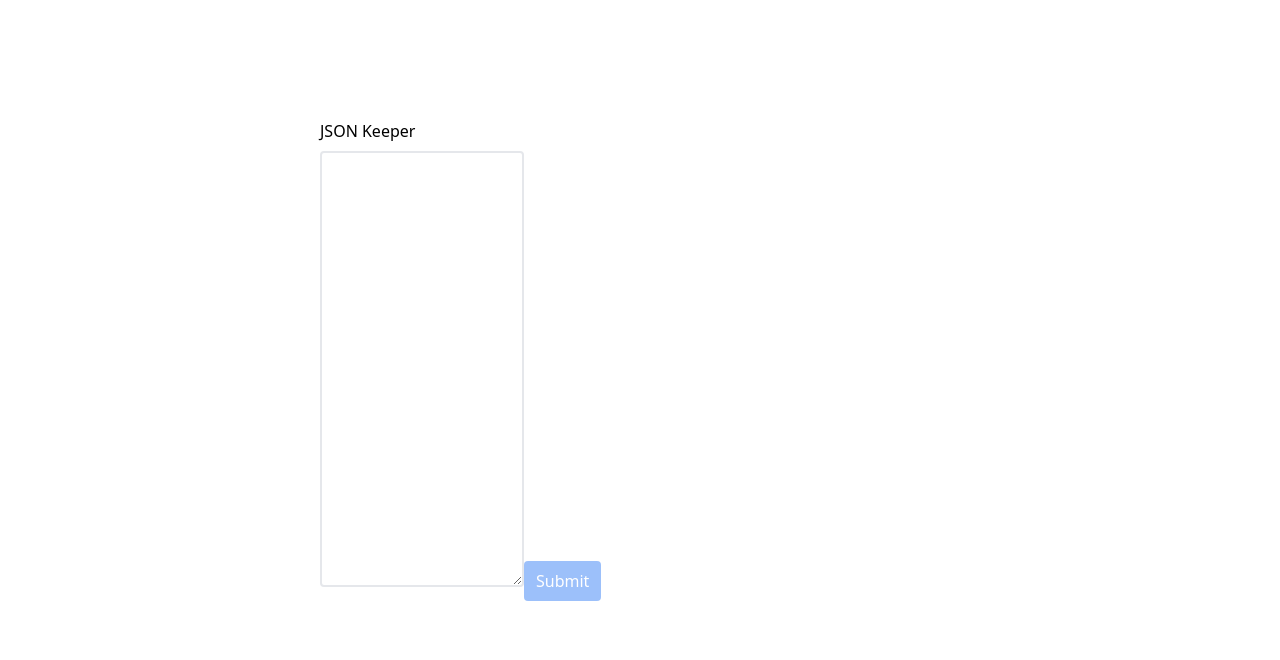
Repository: lakshithapramodya/jsonhub
Page: / (app in client/)
These files come from the project's save history. The page is drawn as it stood at one moment and after the next save; the edit follows.
The browser window is 1280 px wide. The pictures show the whole page.
The page's requests for data from a server got no answer. The project was rebuilt for these pictures with package versions that can differ from the ones it lists, and the page was loaded fresh each time. No one was signed in, and anything a server would have sent is missing. Also part of the build but not shown: client/src/HandleJsonData.js.

Above is the page before, as saved 2023-05-10 12:13:23.

After the next save:
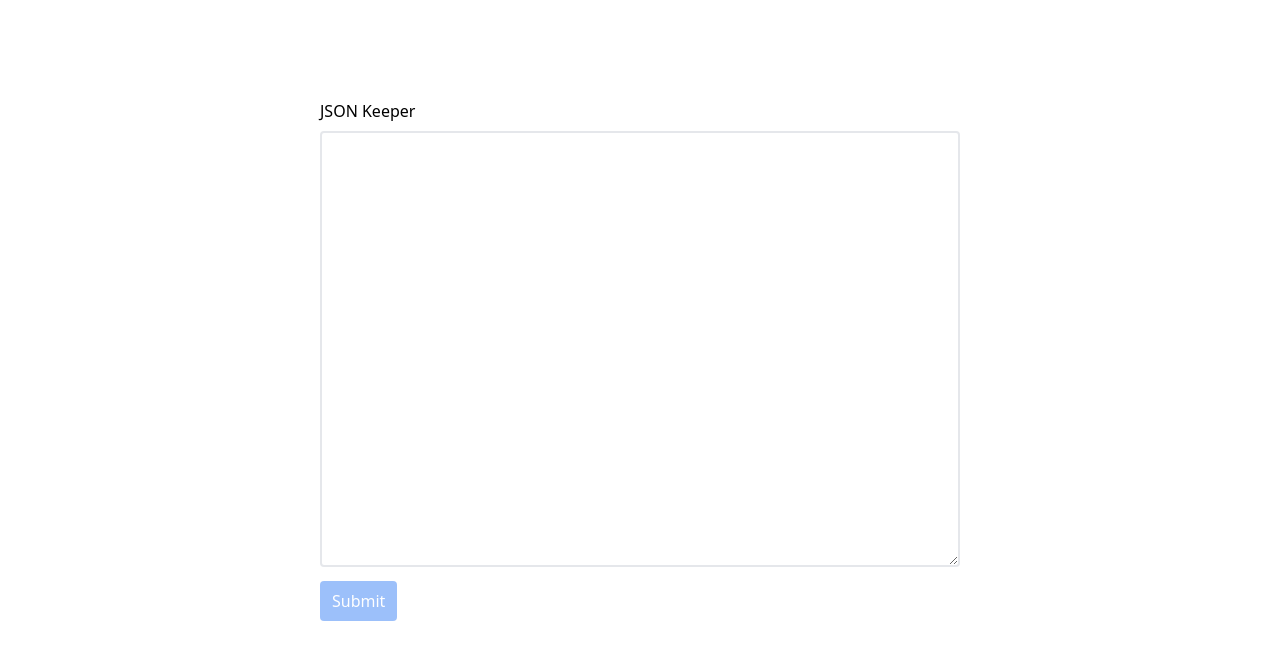
Saved 5 s later.
--- a/client/src/App.js
+++ b/client/src/App.js
@@ -47,7 +47,7 @@ function App() {
             onChange={(e) => setInput(e.target.value)}
             value={input}
             rows={18}
-            className="border-2 rounded"
+            className="border-2 w-full rounded"
           />
           <button
             className="bg-blue-500 p-2 px-3 rounded text-white disabled:opacity-50"
